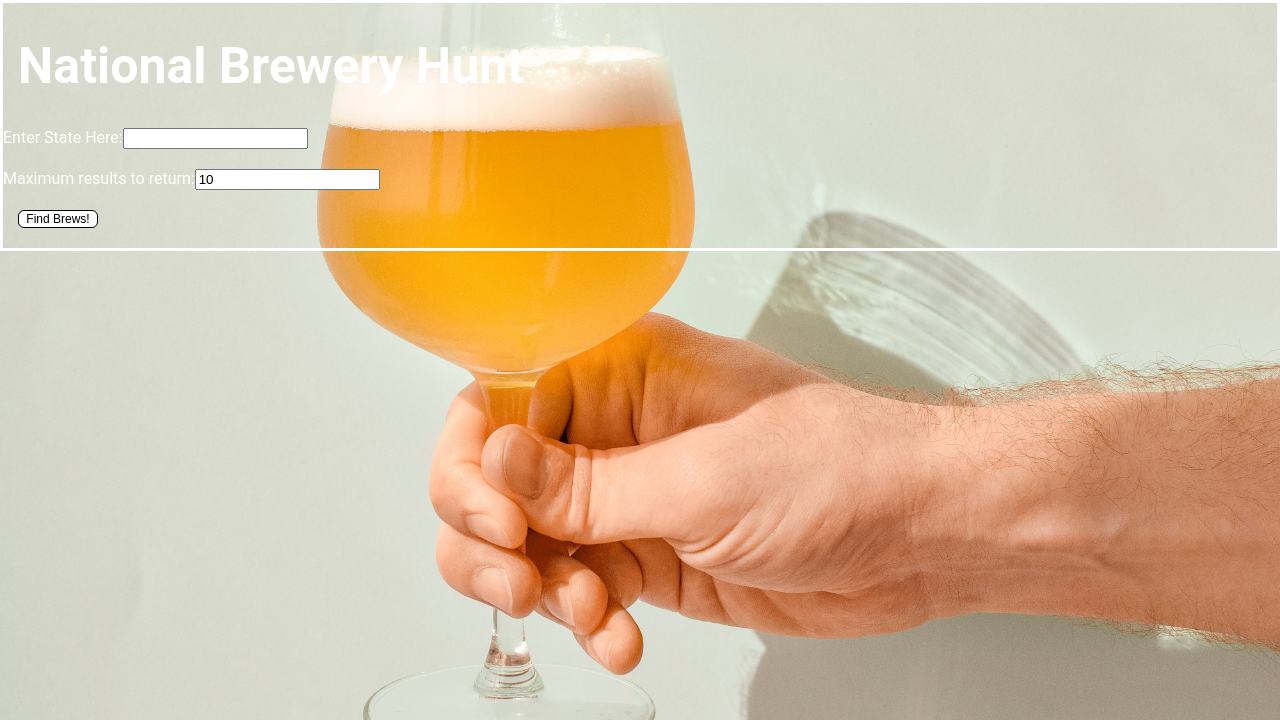
Repository: kaitlynMidori/searchBrews
Page: index.html
These files come from the project's save history. The page is drawn as it stood at one moment and after the next save; the edit follows.
The browser window is 1280 px wide. The pictures show the whole page.

Above is the page before, as saved 2021-04-24 12:33:23.

After the next save:
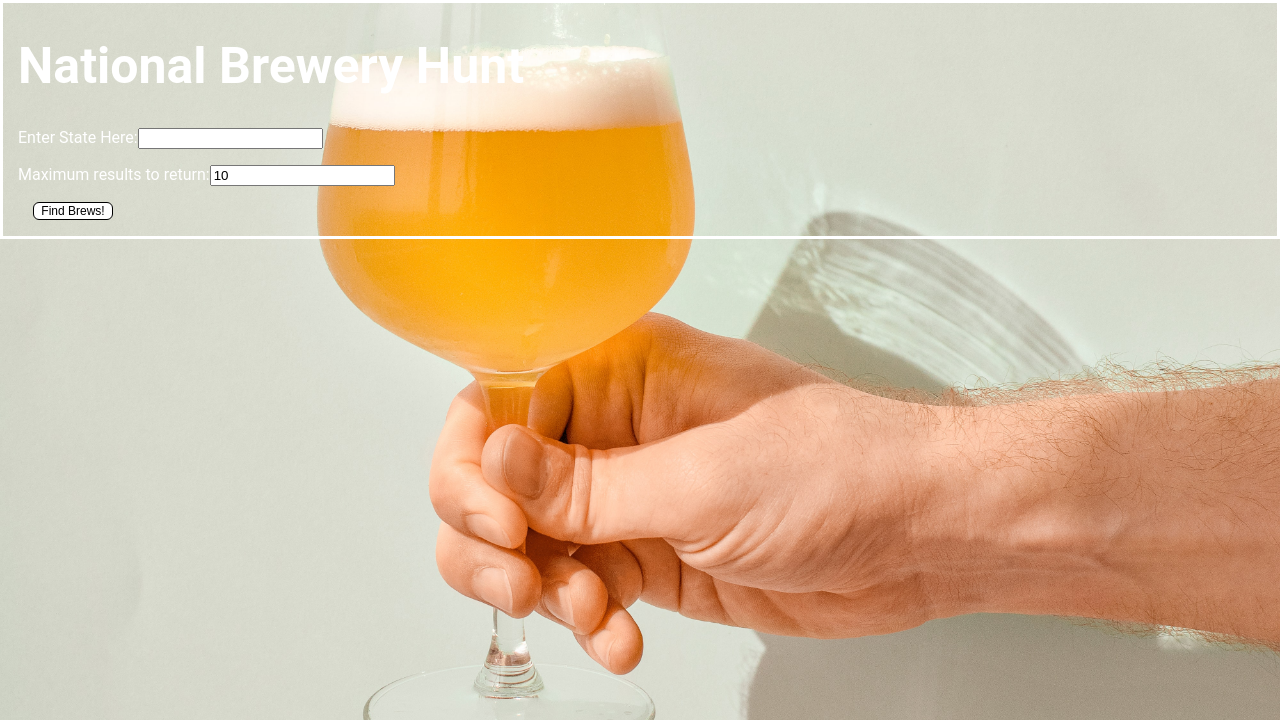
Saved 25 s later.
--- a/style.css
+++ b/style.css
@@ -27,10 +27,6 @@ h2 {
     text-align: left;
 }
 
-.search-form {
-    margin-left: 15px;
-}
-
 /* .search-form {
     text-align: center;
     display: flex;
@@ -54,7 +50,7 @@ form p {
     display: flex;
     width: auto;
     justify-content: left;
-    margin: 20px 0 20px 0;
+
 }
 
 /* .results-list {
